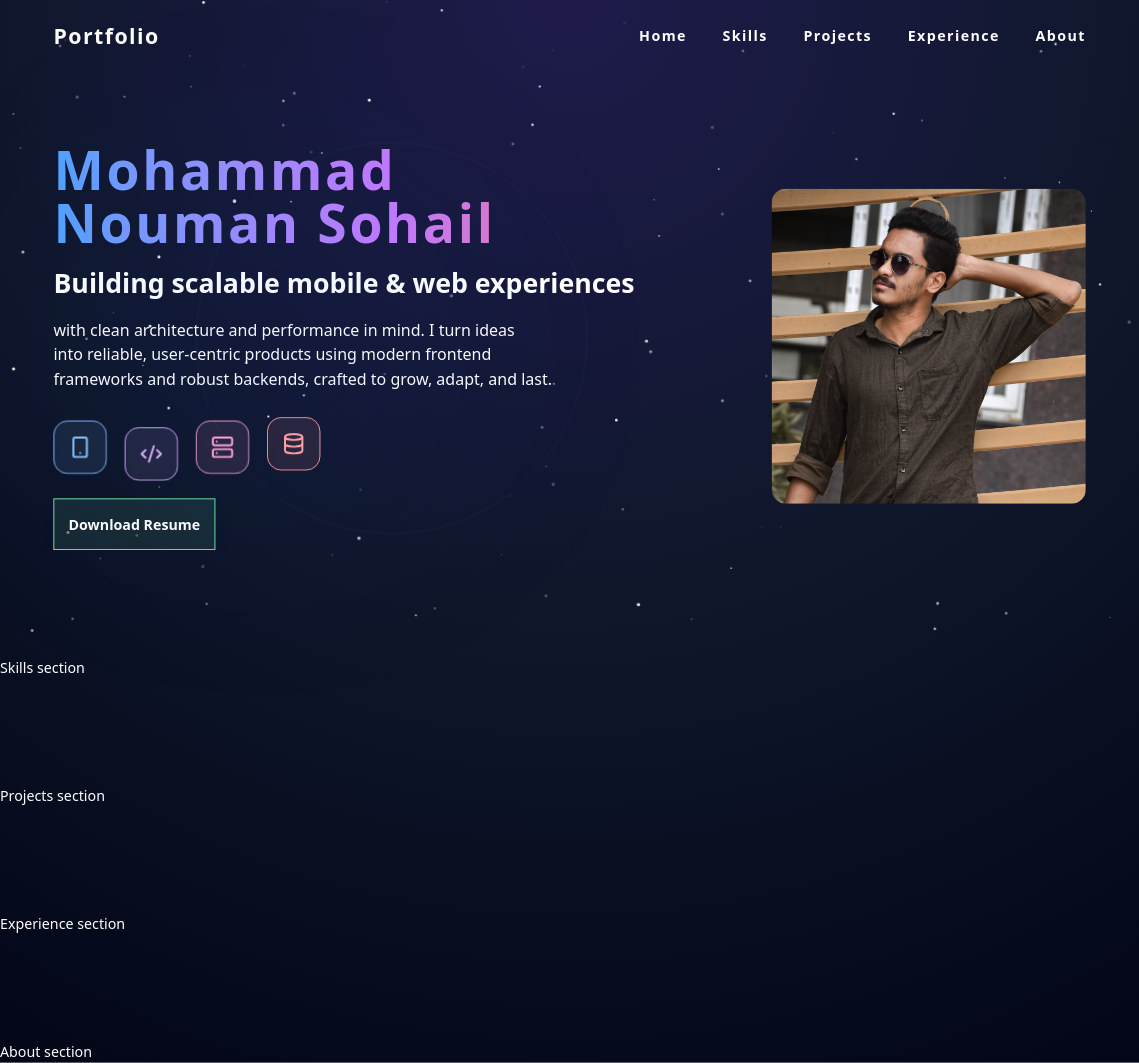
Repository: NoumanSohail/Nouman-Sohail-Portfolio
Page: /
These files come from the project's save history. The page is drawn as it stood at one moment and after the next save; the edit follows.
The browser window is 1280 px wide. The pictures show the whole page, at 89% of full size.
The project was rebuilt for these pictures with package versions that can differ from the ones it lists, and the page was loaded fresh each time. The framework's server and built-in components were replaced by stand-ins that run in the browser. Also part of the build but not shown: next.config.ts.

Above is the page before, as saved 2026-01-24 21:27:31.

### app/layout.tsx
import type { Metadata } from "next";
import { Geist, Geist_Mono } from "next/font/google";
import "./globals.css";
import Navbar from "./components/header/Navbar";
import StarBackground from "./components/ui/StarBackground";

const geistSans = Geist({
  variable: "--font-geist-sans",
  subsets: ["latin"],
});

const geistMono = Geist_Mono({
  variable: "--font-geist-mono",
  subsets: ["latin"],
});

export const metadata: Metadata = {
  title: "Create Next App",
  description: "Generated by create next app",
};

export default function RootLayout({
  children,
}: Readonly<{
  children: React.ReactNode;
}>) {
  return (
    <html lang="en">
      <body
        className={`${geistSans.variable} ${geistMono.variable} antialiased`}
      >
        <StarBackground />
        <Navbar />
        {children}
      </body>
    </html>
  );
}

### app/page.tsx
import React from 'react'
import Hero from './components/sections/Hero'
import Skills from './components/sections/Skills'
import Projects from './components/sections/Projects'
import Experience from './components/sections/Experience'
import About from './components/sections/About'

const page = () => {
  return (
    <div>
      <Hero />
      <Skills />
      <Projects />
      <Experience />
      <About />
    </div>
  )
}

export default page

### app/globals.css
@import "tailwindcss";

html {
  scroll-behavior: smooth;
}

body {
  overflow-x: hidden;
  position: relative;
  background: radial-gradient(circle at 50% 0%, #1e1b4b, #0f172a, #020617);
  min-height: 100vh;
}

### app/components/header/Navbar.tsx
"use client";

import { useEffect, useState } from "react";
import { navLinks } from "@/app/data";
import Link from "next/link";
import { Menu, X } from "lucide-react";

const Navbar = () => {
  const [isScrolled, setIsScrolled] = useState(false);
  const [menuOpen, setMenuOpen] = useState(false);

  useEffect(() => {
    const handleScroll = () => setIsScrolled(window.scrollY > 20);
    window.addEventListener("scroll", handleScroll);
    return () => window.removeEventListener("scroll", handleScroll);
  }, []);

  return (
    <header
      className={`fixed top-0 left-0 right-0 z-50 transition-all ${
        isScrolled
          ? "bg-transparent backdrop-blur-md border-b border-white/20 shadow-lg py-3"
          : "bg-transparent py-6"
      }`}
    >
      <div className="w-full mx-auto max-w-384 flex items-center justify-between px-5 md:px-10 lg:px-15 text-white tracking-widest">
        <h1 className="font-bold text-2xl">Portfolio</h1>

        {/* large displays like laptops */}
        <nav className="hidden lg:flex">
          {navLinks.map((links) => (
            <div key={links.name} className="flex ml-10 font-semibold">
              <Link href={links.id}>{links.name}</Link>
            </div>
          ))}
        </nav>

        {/* Mobile Hamburger */}
        <div className="lg:hidden flex items-center justify-center">
          <button
            onClick={() => setMenuOpen(!menuOpen)}
            className="text-zinc-400"
          >
            <Menu size={30} />
          </button>
        </div>

        {menuOpen && (
          <div className="fixed inset-0 h-screen flex justify-end bg-black/40 backdrop-blur-sm">
            <div className="relative h-full w-[60%] bg-[#0f172a] text-white flex items-center transition-transform duration-300 translate-x-0">
              <button
                onClick={() => setMenuOpen(false)}
                className={`absolute top right-5 md:right-10 text-white ${isScrolled ? "top-3" : "top-6"}`}
              >
                <X size={30} />
              </button>

              <nav className="flex flex-col p-10 gap-10 mt-20">
                {navLinks.map((links) => (
                  <Link
                    key={links.name}
                    href={links.id}
                    onClick={() => setMenuOpen(false)}
                    className="font-semibold"
                  >
                    {links.name}
                  </Link>
                ))}
              </nav>
            </div>
          </div>
        )}
      </div>
    </header>
  );
};

export default Navbar;

### app/components/ui/StarBackground.tsx
"use client";

import { useEffect, useRef } from "react";

const StarBackground = () => {
  const canvasRef = useRef<HTMLCanvasElement | null>(null);

  useEffect(() => {
    const canvas = canvasRef.current;
    if (!canvas) return;

    const ctx = canvas.getContext("2d");
    if (!ctx) return;

    let stars: any[] = [];
    const STAR_COUNT = 120;

    const resize = () => {
      canvas.width = window.innerWidth;
      canvas.height = window.innerHeight;
    };

    resize();
    window.addEventListener("resize", resize);

    // Create stars
    stars = Array.from({ length: STAR_COUNT }).map(() => ({
      x: Math.random() * canvas.width,
      y: Math.random() * canvas.height,
      radius: Math.random() * 1.5 + 0.5,
      speed: Math.random() * 0.3 + 0.1,
      opacity: Math.random(),
    }));

    const animate = () => {
      ctx.clearRect(0, 0, canvas.width, canvas.height);

      stars.forEach((star) => {
        star.y += star.speed;
        if (star.y > canvas.height) {
          star.y = 0;
          star.x = Math.random() * canvas.width;
        }

        ctx.beginPath();
        ctx.arc(star.x, star.y, star.radius, 0, Math.PI * 2);
        ctx.fillStyle = `rgba(255,255,255,${star.opacity})`;
        ctx.fill();
      });

      requestAnimationFrame(animate);
    };

    animate();

    return () => window.removeEventListener("resize", resize);
  }, []);

  return (
    <canvas
      ref={canvasRef}
      className="fixed inset-0 pointer-events-none -z-10"
    />
  );
};

export default StarBackground;

### app/components/sections/Hero.tsx
"use client";

import { personaldetails } from "@/app/data";
import Image from "next/image";
import me from "@/public/images/me.jpg";
import { Code2, Database, Server, Smartphone } from "lucide-react";
import { motion } from "framer-motion";
import Button from "../ui/Button";

const Hero = () => {
  return (
    <section
      id="home"
      className="scroll-mt-40 w-full mx-auto max-w-384 px-5 md:px-10 lg:px-15 text-white mt-30 xl:mt-40 overflow-hidden"
    >
      {/* Central Glowing Orb */}
      <div
        className="absolute hidden lg:block lg:left-55 xl:left-0 w-[45%] h-[45%] bg-blue-700/50 rounded-full
          blur-[120px] opacity-10 animate-pulse [animation-delay:2000ms] z-0
        "
      />

      {/* Orbiting Elements */}
      <div
        className="absolute hidden lg:block left-55 w-110 h-110 border border-white/5 rounded-full
          animate-spin [animation-duration:20s] z-10
        "
      />

      <div className="flex flex-col lg:flex-row items-center justify-center gap-7 lg:gap-20 text-center lg:text-start">
        <div className="flex flex-col gap-5">
          <motion.div
            initial={{ x: -100, opacity: 0 }}
            whileInView={{ x: 0, opacity: 1 }}
            viewport={{ once: false, amount: 0.3 }}
            transition={{ duration: 0.8, ease: "easeOut" }}
            className="flex flex-col gap-5"
          >
            <h1 className="font-black text-4xl lg:text-5xl xl:text-6xl tracking-wider text-balance text-transparent bg-clip-text bg-linear-to-r from-blue-400 via-purple-400 to-red-400">
              {personaldetails.name}
            </h1>
            <h2 className="font-semibold text-2xl lg:text-3xl">
              {personaldetails.tagline}
            </h2>
            <p className="lg:text-lg lg:text-balance">
              {personaldetails.statement}
            </p>
          </motion.div>

          <motion.div
            initial={{ scale: 0.8, opacity: 0 }}
            whileInView={{ scale: 1, opacity: 1 }}
            viewport={{ once: false, amount: 0.3 }}
            transition={{
              duration: 0.5,
              ease: "easeOut",
            }}
            className="flex flex-col gap-5 mt-5 items-center justify-center lg:items-start lg:justify-start"
          >
            <div className="flex gap-5">
              <Smartphone
                size={60}
                className="p-4 border rounded-2xl backdrop-blur-xs bg-blue-300/10 hover:scale-110
                        border-blue-300  hover:border-blue-300 text-blue-300 hover:text-blue-300
                        transition-all duration-300 animate-bounce [animation-delay:0ms]"
              />
              <Code2
                size={60}
                className="p-4 border rounded-2xl backdrop-blur-xs bg-purple-300/10 hover:scale-110
                        border-purple-300 hover:border-purple-300 text-purple-300 hover:text-purple-300
                        transition-all duration-300 animate-bounce [animation-delay:100ms]"
              />
              <Server
                size={60}
                className="p-4 border rounded-2xl backdrop-blur-xs bg-pink-300/10 hover:scale-110
                        border-pink-300 hover:border-pink-300 text-pink-300 hover:text-pink-300
                        transition-all duration-300 animate-bounce [animation-delay:200ms]"
              />
              <Database
                size={60}
                className="p-4 border rounded-2xl backdrop-blur-xs bg-red-300/10 hover:scale-110
                        border-red-300 hover:border-red-300 text-red-300 hover:text-red-300
                        transition-all duration-300 animate-bounce [animation-delay:300ms]"
              />
            </div>

            <Button title="Download Resume" onClick={() => {}} className="border border-green-300 bg-green-300/10 p-4" />
          </motion.div>
        </div>

        <motion.div
          initial={{ x: 100, opacity: 0 }}
          whileInView={{ x: 0, opacity: 1 }}
          viewport={{ once: false, amount: 0.3 }}
          transition={{ duration: 0.8, ease: "easeOut" }}
        >
          <Image
            src={me}
            alt={personaldetails.name}
            height={350}
            width={350}
            className="rounded-2xl lg:h-3xl lg:w-3xl"
          />
        </motion.div>
      </div>
    </section>
  );
};

export default Hero;

### app/components/sections/Skills.tsx

const Skills = () => {
  return (
    <section id="skills" className="h-fit">
      <div className="text-white pt-30">Skills section</div>
    </section>
  );
};

export default Skills;

### app/components/sections/Projects.tsx

const Projects = () => {
  return (
    <section id="projects" className="h-fit">
      <div className="text-white pt-30">Projects section</div>
    </section>
  )
}

export default Projects

### app/components/sections/Experience.tsx

const Experience = () => {
  return (
    <section id="experience" className="h-fit">
      <div className="text-white pt-30">Experience section</div>
    </section>
  );
};

export default Experience;

### app/components/sections/About.tsx

const About = () => {
  return (
    <section id="about" className="h-fit">
      <div className="text-white pt-30">About section</div>
    </section>
  )
}

export default About

### app/data.tsx
export const navLinks = [
  { name: "Home", id: "/#home" },
  { name: "Skills", id: "/#skills" },
  { name: "Projects", id: "/#projects" },
  { name: "Experience", id: "/#experience" },
  { name: "About", id: "/#about" },
];

export const personaldetails = {
  name: "Mohammad Nouman Sohail",
  role: "Full Stack Mobile & Web Developer",
  tagline: "Building scalable mobile & web experiences",
  statement:
    "with clean architecture and performance in mind. I turn ideas into reliable, user-centric products using modern frontend frameworks and robust backends, crafted to grow, adapt, and last.",
};

### app/components/ui/Button.tsx
import { ReactNode } from "react";

interface ButtonProps {
  title: string;
  onClick: () => void;
  type?: "button" | "submit";
  disabled?: boolean;

  /* 🔹 Optional Icon */
  icon?: ReactNode;
  iconPosition?: "left" | "right";

  /* 🔹 External Styles */
  className?: string;
}

const Button = ({
  title,
  onClick,
  type = "button",
  disabled = false,
  icon,
  iconPosition = "left",
  className = "",
}: ButtonProps) => {
  return (
    <button
      type={type}
      onClick={!disabled ? onClick : undefined}
      disabled={disabled}
      className={`
        group
        font-bold shadow-lg
        transition-all transform
        flex items-center justify-center gap-2
        duration-300
        ${
          disabled
            ? "bg-(--color-gray) text-white cursor-not-allowed opacity-70 transition-all duration-300"
            : "bg-(--color-primary) text-white hover:bg-gray-300 hover:scale-105 cursor-pointer transition-all duration-300"
        }

        ${className}
      `}
    >
      {/* ICON LEFT */}
      {icon && iconPosition === "left" && (
        <span className="button-icon flex items-center">{icon}</span>
      )}

      <span>{title}</span>

      {/* ICON RIGHT */}
      {icon && iconPosition === "right" && (
        <span className="button-icon flex items-center">{icon}</span>
      )}
    </button>
  );
};

export default Button;

After the next save:
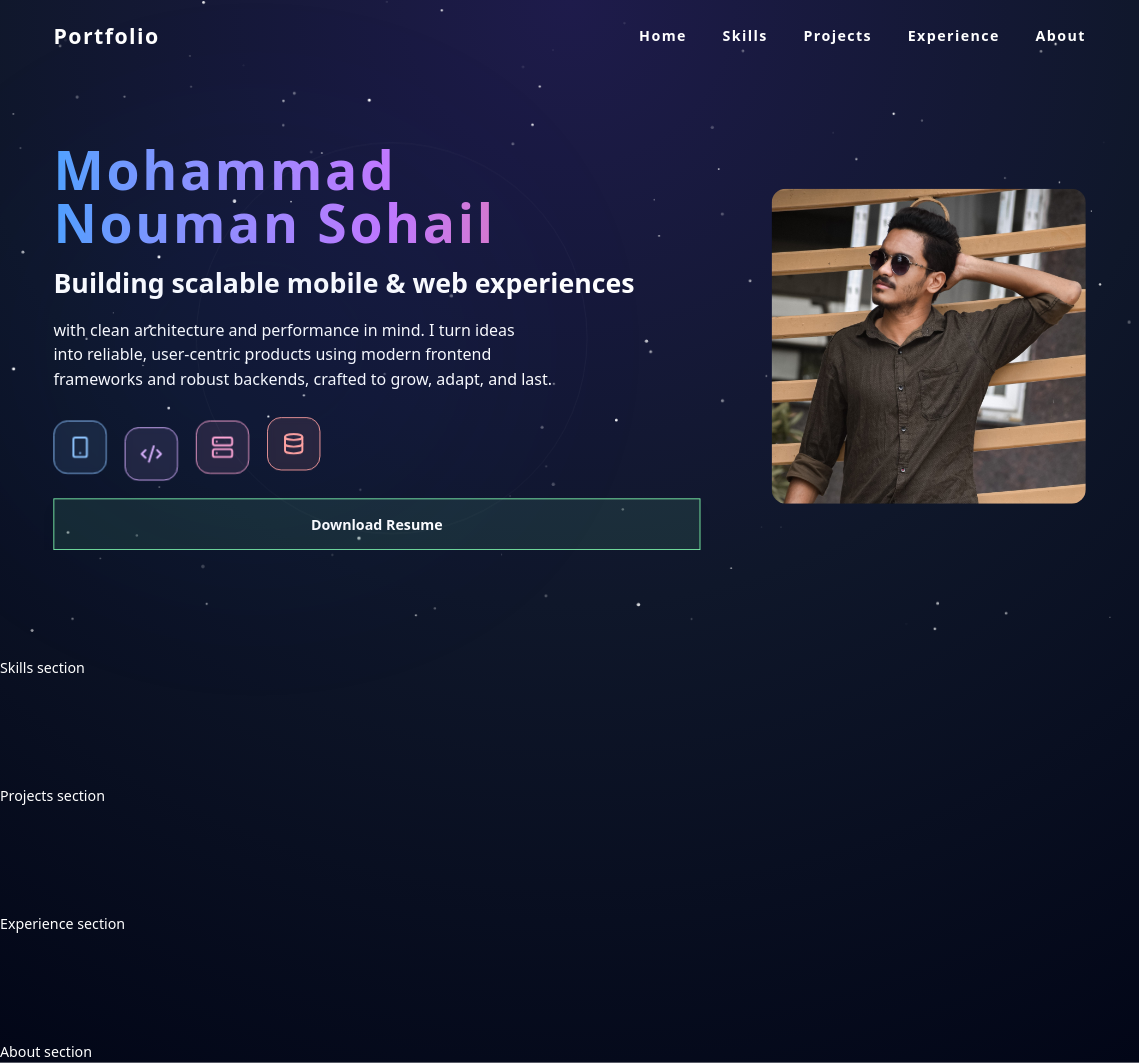
Saved 76 s later.
--- a/app/components/sections/Hero.tsx
+++ b/app/components/sections/Hero.tsx
@@ -84,7 +84,7 @@ const Hero = () => {
               />
             </div>
 
-            <Button title="Download Resume" onClick={() => {}} className="border border-green-300 bg-green-300/10 p-4" />
+            <Button title="Download Resume" onClick={() => {}} className="border border-green-300 bg-green-300/10 p-4 w-full" />
           </motion.div>
         </div>
 
